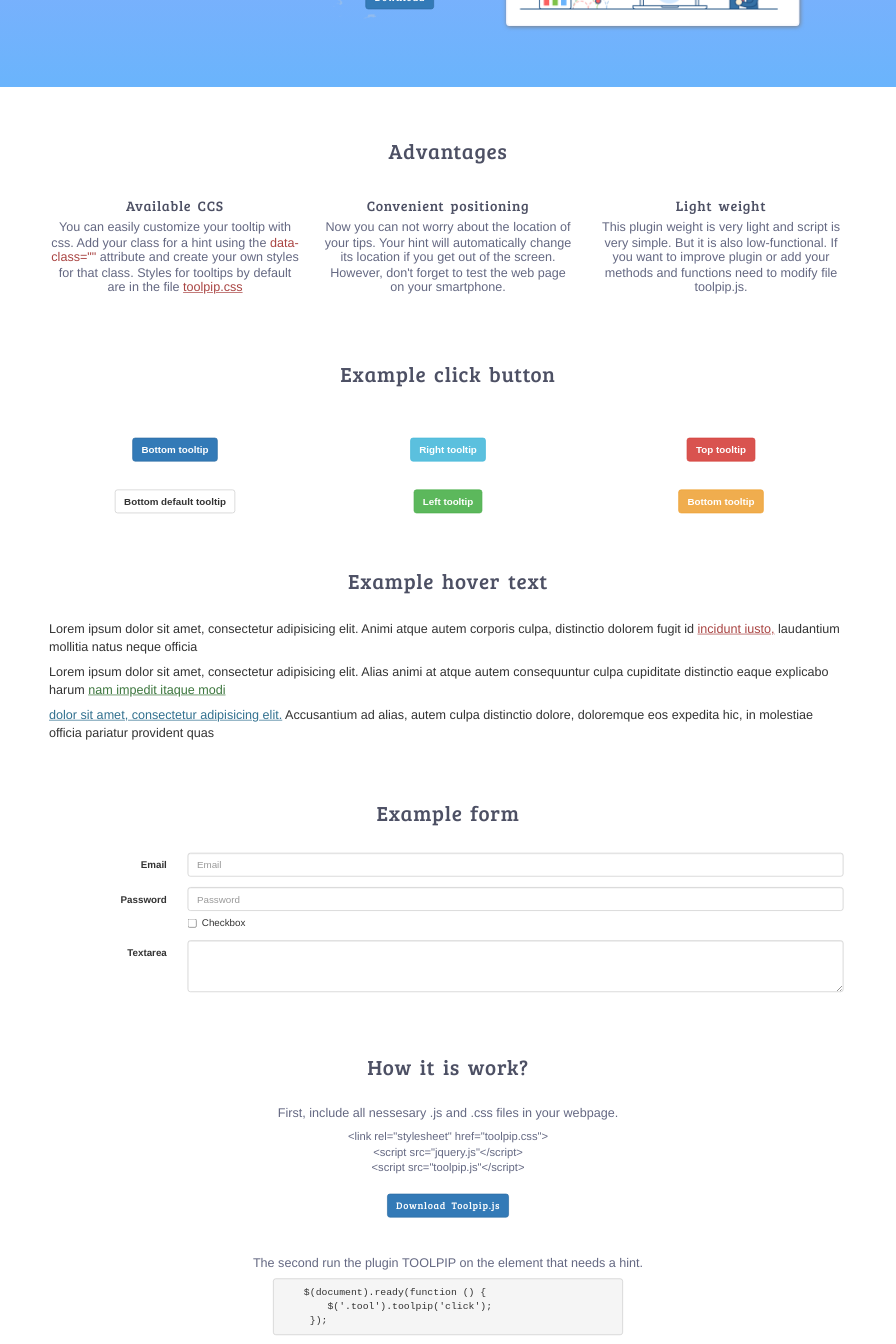
Repository: Raz-Dva/Toolpip-plugin
Page: index.html
An editor plug-in stored every save of this project. The page is shown before and after the next save, followed by the edit.
The browser window is 1280 px wide. The pictures show the part of the page from y = 426 to 2346 px (the page is 3231 px tall), at 70% of full size.

Above is the page before, as saved 2021-10-21 11:01:19.

### index.html
<!DOCTYPE html>
<html lang="en">
  <head>
    <!-- Required meta tags -->
    <meta charset="utf-8" />
    <meta
      name="viewport"
      content="width=device-width, initial-scale=1, shrink-to-fit=no"
    />
    <!-- Bootstrap CSS -->
    <link rel="apple-touch-icon" sizes="180x180" href="/apple-touch-icon.png" />
    <link rel="icon" type="image/png" sizes="32x32" href="favicon-32x32.png" />
    <link rel="icon" type="image/png" sizes="16x16" href="favicon-16x16.png" />
    <link rel="mask-icon" href="/safari-pinned-tab.svg" color="#5bbad5" />
    <meta name="msapplication-TileColor" content="#da532c" />
    <meta name="theme-color" content="#ffffff" />
    <link rel="stylesheet" href="css/library/bootstrap.min.css" />
    <link rel="stylesheet" href="css/normalize.css" />
    <link rel="stylesheet" href="css/toolpip.min.css" />
    <link rel="stylesheet" href="css/main-style.css" />
    <link
      href="https://fonts.googleapis.com/css?family=Bree+Serif"
      rel="stylesheet"
    />
    <title>Toolpip</title>
  </head>
  <body>
    <header>
      <div class="header_bg">
        <div class="header_bg_img">
          <nav class="navbar navbar-default nav-header">
            <div class="container">
              <div class="navbar-header">
                <button
                  type="button"
                  class="navbar-toggle collapsed"
                  data-toggle="collapse"
                  data-target="#bs-example-navbar-collapse-1"
                  aria-expanded="false"
                >
                  <span class="sr-only">Toggle navigation</span>
                  <span class="icon-bar"></span>
                  <span class="icon-bar"></span>
                  <span class="icon-bar"></span>
                </button>
                <a
                  class="navbar-brand wrap-logo"
                  href="http://honcharov-portfolio.herokuapp.com/"
                >
                  <div class="logo-block">
                    <img src="img/my-logo1.jpg" alt="" />
                  </div>
                  <p class="name-logo">Hellfish</p>
                </a>
              </div>
              <!-- Collect the nav links, forms, and other content for toggling -->
              <div
                class="collapse navbar-collapse"
                id="bs-example-navbar-collapse-1"
              >
                <ul class="nav navbar-nav navbar-right">
                  <li><a href="#advantages">Advantages</a></li>
                  <li><a href="#example">Example</a></li>
                  <li><a href="#how-work">How it is work?</a></li>
                  <li>
                    <a href="https://github.com/Raz-Dva/Toolpip-plugin.git"
                      >Download</a
                    >
                  </li>
                </ul>
              </div>
              <!-- /.navbar-collapse -->
            </div>
            <!-- /.container-fluid -->
          </nav>
          <div class="container">
            <div class="row">
              <div class="col-md-6 text-head">
                <h1 class="text-right regular-head">Tooltip</h1>
                <h2 class="regular-head">
                  Tooltips can be attached to any element. When you hover the
                  element with your mouse, the title attribute is displayed in a
                  little box next to the element, just like a native tooltip.
                </h2>
                <h2 class="regular-head">
                  This is a plugin written for example. Not recommended for commercial projects.
                </h2>
                <a
                  href="https://github.com/Raz-Dva/Toolpip-plugin.git"
                  class="btn btn-primary btn-download"
                  >Download</a
                >
              </div>
              <div class="col-md-6 col-img-head">
                <div class="img-head">
                  <img src="img/head-img.png" alt="" />
                </div>
              </div>
            </div>
          </div>
        </div>
      </div>
    </header>
    <main>
      <div class="advantages block-article" id="advantages">
        <div class="container">
          <div class="row">
            <div class="col-sm-12">
              <h2 class="regular-head advantages-head">Advantages</h2>
            </div>
            <div class="col-md-4">
              <h3 class="regular-head">Available CCS</h3>
              <p class="advantages-text">
                You can easily customize your tooltip with css. Add your class
                for a hint using the
                <span class="text-danger">data-class=""</span> attribute and
                create your own styles for that class. Styles for tooltips by
                default are in the file
                <a href="https://github.com/Raz-Dva/Toolpip-plugin/blob/master/css/toolpip.css" class="text-danger text-underline">toolpip.css</a>
              </p>
            </div>
            <div class="col-md-4">
              <h3 class="regular-head">Convenient positioning</h3>
              <p class="advantages-text">
                Now you can not worry about the location of your tips. Your hint
                will automatically change its location if you get out of the
                screen. However, don't forget to test the web page on your
                smartphone.
              </p>
            </div>
            <div class="col-md-4">
              <h3 class="regular-head">Light weight</h3>
              <p class="advantages-text">
                This plugin weight is very light and script is very simple. But
                it is also low-functional. If you want to improve plugin or add
                your methods and functions need to modify file toolpip.js.
              </p>
            </div>
          </div>
        </div>
      </div>
      <div class="example-btn bckg block-article" id="example">
        <div class="container">
          <div class="row">
            <div class="col-sm-12">
              <h2 class="regular-head advantages-head text-center">
                Example click button
              </h2>
            </div>
            <div class="col-md-4 col-sm-6 text-center block-btn">
              <button
                class="btn btn-primary tool"
                data-location="bottom"
                data-class="tooltip-yellow"
                title="Text for tooltip"
              >
                Bottom tooltip
              </button>
            </div>
            <div class="col-md-4 col-sm-6 text-center block-btn">
              <button
                class="btn btn-info tool"
                data-class="tooltip-grey"
                data-location="right"
                title="Text for tooltip"
              >
                Right tooltip
              </button>
            </div>
            <div class="col-md-4 col-sm-6 text-center block-btn">
              <button
                class="btn btn-danger tool"
                data-class="tooltip-dark-blue"
                data-location="top"
                title="Lorem ipsum dolor sit amet, consectetur adipisicing elit. Ab accusamus amet et facilis nam, non officiis repellat voluptate"
              >
                Top tooltip
              </button>
            </div>
            <div class="col-md-4 col-sm-6 text-center block-btn">
              <button
                class="btn btn-default tool"
                data-location="bottom"
                title="Text for tooltip"
              >
                Bottom default tooltip
              </button>
            </div>

            <div class="col-md-4 col-sm-6 text-center block-btn">
              <button
                class="btn btn-success tool"
                data-class="tooltip-blue"
                data-location="left"
                title="Text for tooltip"
              >
                Left tooltip
              </button>
            </div>
            <div class="col-md-4 col-sm-6 text-center block-btn">
              <button
                class="btn btn-warning tool"
                data-class="tooltip-circle"
                data-location="bottom"
                title="82%"
              >
                Bottom tooltip
              </button>
            </div>
          </div>
        </div>
      </div>
      <div class="example-text block-article">
        <div class="container">
          <div class="row">
            <div class="col-sm-12">
              <h2 class="regular-head advantages-head text-center">
                Example hover text
              </h2>
            </div>
            <div class="col-sm-12 example-text">
              <p class="">
                Lorem ipsum dolor sit amet, consectetur adipisicing elit. Animi
                atque autem corporis culpa, distinctio dolorem fugit id
                <span
                  class="text-danger tool-hv"
                  data-location="bottom"
                  data-class="tooltip-yellow"
                  title="Text for tooltip"
                  >incidunt iusto,</span
                >
                laudantium mollitia natus neque officia
              </p>
            </div>
            <div class="col-sm-12 example-text">
              <p class="">
                Lorem ipsum dolor sit amet, consectetur adipisicing elit. Alias
                animi at atque autem consequuntur culpa cupiditate distinctio
                eaque explicabo harum
                <span
                  class="tool-hv text-success"
                  data-class="tooltip-blue"
                  data-location="left"
                  title="Text for tooltip"
                  >nam impedit itaque modi</span
                >
              </p>
            </div>
            <div class="col-sm-12 example-text">
              <p class="">
                <span
                  class="tool-hv text-info"
                  data-class="tooltip-dark-blue"
                  data-location="top"
                  title="10/2"
                  >dolor sit amet, consectetur adipisicing elit.</span
                >
                Accusantium ad alias, autem culpa distinctio dolore, doloremque
                eos expedita hic, in molestiae officia pariatur provident quas
              </p>
            </div>
          </div>
        </div>
      </div>
      <div class="example-form block-article">
        <div class="container">
          <div class="row">
            <div class="col-sm-12">
              <h2 class="regular-head advantages-head text-center">
                Example form
              </h2>
            </div>
            <form class="form-horizontal">
              <div class="form-group">
                <label for="inputEmail" class="col-lg-2 control-label"
                  >Email</label
                >
                <div class="col-lg-10">
                  <input
                    type="text"
                    class="form-control tool-hv"
                    data-class="tooltip-yellow"
                    data-location="top"
                    title="Email"
                    id="inputEmail"
                    placeholder="Email"
                  />
                </div>
              </div>
              <div class="form-group">
                <label for="inputPassword" class="col-lg-2 control-label"
                  >Password</label
                >
                <div class="col-lg-10">
                  <input
                    type="password"
                    class="form-control tool-hv"
                    id="inputPassword"
                    placeholder="Password"
                    data-class="tooltip-blue"
                    data-location="left"
                    title="Password"
                  />
                  <div class="checkbox pull-left">
                    <input
                      type="checkbox"
                      class="tool-hv"
                      data-location="top"
                      title="Text for tooltip"
                    />

                    <label
                      class="tool-hv"
                      data-location="top"
                      title="Text for tooltip"
                      >Checkbox
                    </label>
                  </div>
                </div>
              </div>
              <div class="form-group">
                <label for="textArea" class="col-lg-2 control-label"
                  >Textarea</label
                >
                <div class="col-lg-10">
                  <textarea
                    class="form-control tool-hv"
                    data-class="tooltip-grey"
                    data-location="right"
                    title="Textarea"
                    rows="3"
                    id="textArea"
                  ></textarea>
                </div>
              </div>
            </form>
          </div>
        </div>
      </div>
      <div class="how-work block-article" id="how-work">
        <div class="container">
          <div class="row">
            <div class="col-sm-12">
              <h2 class="regular-head advantages-head text-center">
                How it is work?
              </h2>
              <p class="advantages-text">
                First, include all nessesary .js and .css files in your webpage.
              </p>
              <p class="text-center">
                <span class="code-item"
                  >&lt;link rel=&quot;stylesheet&quot;
                  href=&quot;toolpip.css&quot;&gt;</span
                >
                <br />
                <span class="code-item"
                  >&lt;script src=&quot;jquery.js&quot;&lt;/script&gt;</span
                >
                <br />
                <span class="code-item"
                  >&lt;script src=&quot;toolpip.js&quot;&lt;/script&gt;</span
                >
                <br />
                <br />

                <a
                  href="https://github.com/Raz-Dva/Toolpip-plugin.git"
                  class="btn btn-primary btn-download"
                  >Download Toolpip.js</a
                >
              </p>
              <br />
              <br />
              <p class="advantages-text">
                The second run the plugin TOOLPIP on the element that needs a
                hint.
              </p>
              <pre class="pre-block">
    $(document).ready(function () {
        $('.tool').toolpip('click');
     });</pre
              >
              <br />
              <br />
              <p class="advantages-text">Example for HTML</p>
              <pre class="pre-block">
&lt;button class="tool" title="Это обыкновенный Info"
    data-location="left"&gt;Info left&lt;/button&gt;</pre
              >
              <br />
              <p class="descript-text text-center">
                <span>"tool"</span> - this is the class that you set.
              </p>
              <p class="descript-text text-center">
                <span>"title"</span> - this attribute. The text in this
                attribute will be displayed in the tooltip. If this attribute is
                empty tooltip is not displayed.
              </p>
              <p class="descript-text text-center">
                <span>"data-location"</span> - is responsible for the location
                of the tooltip. If this attribute is empty tooltip is displayed
                by default from the top.
              </p>
              <br />
              <br />
              <p class="advantages-text">Methods</p>
              <pre class="pre-block">    $('.tool').toolpip('hover')</pre>
              <br />
              <pre class="pre-block">     $('.tool').toolpip("destroy");</pre>
              <br />
              <p class="descript-text text-center">
                <span>"click"</span> - a tool tip appears when you click on an
                item.
              </p>
              <p class="descript-text text-center">
                <span>"hover"</span> - a tooltip appears when you hover over an
                item.
              </p>
              <p class="descript-text text-center">
                <span>"destroy"</span> - destroys the tooltip.
              </p>
              <br />
              <br />
            </div>
          </div>
        </div>
      </div>
    </main>
    <footer>
      <div class="container">
        <div class="row">
          <div class="col-sm-12">
            <h2 class="regular-head text-center">
              For everyone who wants to write to me.
            </h2>
            <ul class="social-icon">
              <li>
                <a href="mailto:my.poshta.goncharov@gmail.com"
                  ><img src="img/email.svg" alt=""
                /></a>
              </li>
              <li>
                <a href="https://www.facebook.com/ivan.goncharov.180"
                  ><img src="img/facebook-svgrepo-com.svg" alt=""
                /></a>
              </li>
              <li>
                <a href="skype:ivan-my-skype"
                  ><img src="img/skype-svgrepo-com.svg" alt=""
                /></a>
              </li>
              <li>
                <a href="https://www.instagram.com/goncharov_ivan13/"
                  ><img src="img/instagram-svgrepo-com.svg" alt=""
                /></a>
              </li>
              <li>
                <a href="https://github.com/Raz-Dva"
                  ><img src="img/git.svg" alt=""
                /></a>
              </li>
            </ul>
            <p style="text-align: center">my.poshta.goncharov@gmail.com</p>
            <p style="text-align: center;  font-weight: bold;">
              <a style="color: #fff;" href="mailto:someone@yoursite.com">Write me</a>
            </p>
          </div>
        </div>
      </div>
    </footer>
    <div class="to-top" id="to-top">
      <div class="block-img_superman">
        <img src="img/super-top.png" alt="" />
      </div>
      <div class="block-img-farting">
        <img src="img/599514.png" alt="" />
      </div>
    </div>

    <script src="js/library/jquery-2.0.0.min.js"></script>
    <script src="js/library/bootstrap.min.js"></script>
    <script src="js/toolpip.min.js"></script>

    <script>
      $(document).ready(function () {
        $(".tool-hv").toolpip("hover");
        $(".tool").toolpip("click");
        //======= to top
        var toTop = $("#to-top"),
          far = $(".block-img-farting");

        toTop.click(function () {
          $("body,html").animate({ scrollTop: 0 }, 800);
          far.fadeIn();
        });
        $(window).scroll(function () {
          if ($(this).scrollTop() != 0) {
            toTop.fadeIn();
          } else {
            toTop.fadeOut();
            far.fadeOut();
          }
        });
        //======= the transition for anchors
        $(function () {
          $('a[href^="#"]').on("click", function (event) {
            event.preventDefault();
            var sc = $(this).attr("href"),
              dn = $(sc).offset().top;
            $("html, body").animate({ scrollTop: dn }, 1000);
          });
        });
      });
    </script>
  </body>
</html>

### css/toolpip.min.css
.toolpip{display:none;position:absolute;z-index:10;line-height:1;border-radius:4px;padding:5px 10px;color:#fff;max-width:140px;min-width:100px;text-align:center;width:auto;font-size:14px;background:rgba(102,100,102,1)}.toolpip:after{content:'';display:block;position:absolute}.toolpip[data-show='right']:after{right:100%;top:50%;margin-top:-8px;width:0;height:0;border-top:8px solid transparent;border-right:8px solid rgba(102,100,102,1);border-bottom:8px solid transparent}.toolpip[data-show='left']:after{left:100%;top:50%;margin-top:-8px;width:0;height:0;border-top:8px solid transparent;border-left:8px solid rgba(102,100,102,1);border-bottom:8px solid transparent}.toolpip[data-show='top']:after{left:50%;top:100%;margin-left:-8px;width:0;height:0;border-left:8px solid transparent;border-right:8px solid transparent;border-top:8px solid rgba(102,100,102,1)}.toolpip[data-show='bottom']:after{left:50%;bottom:100%;margin-left:-8px;width:0;height:0;border-left:8px solid transparent;border-right:8px solid transparent;border-bottom:8px solid rgba(102,100,102,1)}.toolpip p{margin:0}

Loaded but not shown: css/library/bootstrap.min.css (library); css/normalize.css (library); js/library/jquery-2.0.0.min.js (library); js/library/bootstrap.min.js (library); js/toolpip.min.js (library); css/main-style.css (516 lines, source omitted)

After the next save:
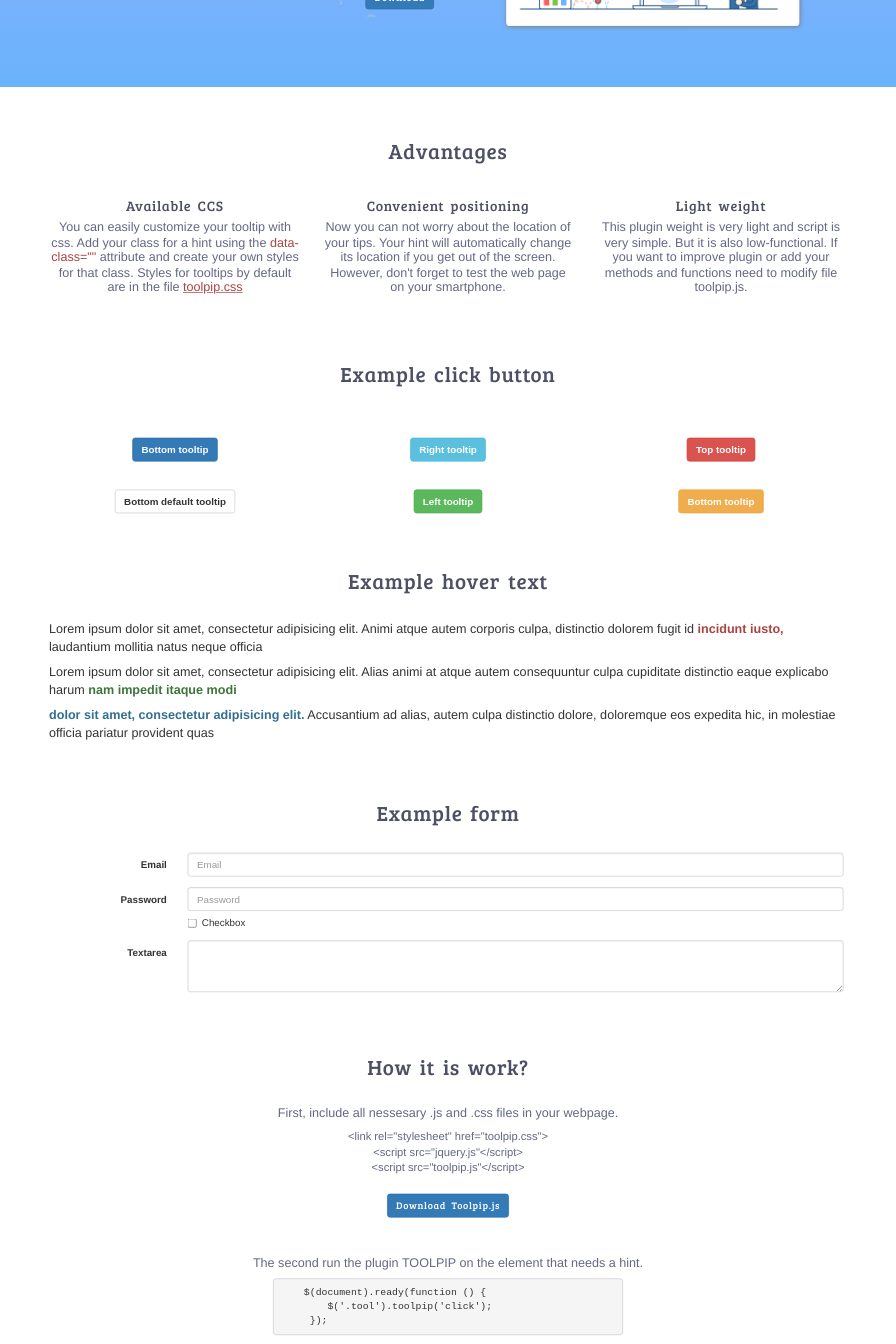
Saved 3 min 7 s later.
--- a/index.html
+++ b/index.html
@@ -222,12 +222,12 @@
               <p class="">
                 Lorem ipsum dolor sit amet, consectetur adipisicing elit. Animi
                 atque autem corporis culpa, distinctio dolorem fugit id
-                <span
-                  class="text-danger tool-hv"
+                <strong
+                  class="text-danger tool-hv "
                   data-location="bottom"
                   data-class="tooltip-yellow"
                   title="Text for tooltip"
-                  >incidunt iusto,</span
+                  >incidunt iusto,</strong
                 >
                 laudantium mollitia natus neque officia
               </p>
@@ -237,23 +237,23 @@
                 Lorem ipsum dolor sit amet, consectetur adipisicing elit. Alias
                 animi at atque autem consequuntur culpa cupiditate distinctio
                 eaque explicabo harum
-                <span
+                <strong
                   class="tool-hv text-success"
                   data-class="tooltip-blue"
                   data-location="left"
                   title="Text for tooltip"
-                  >nam impedit itaque modi</span
+                  >nam impedit itaque modi</strong
                 >
               </p>
             </div>
             <div class="col-sm-12 example-text">
               <p class="">
-                <span
+                <strong
                   class="tool-hv text-info"
                   data-class="tooltip-dark-blue"
                   data-location="top"
                   title="10/2"
-                  >dolor sit amet, consectetur adipisicing elit.</span
+                  >dolor sit amet, consectetur adipisicing elit.</strong
                 >
                 Accusantium ad alias, autem culpa distinctio dolore, doloremque
                 eos expedita hic, in molestiae officia pariatur provident quas
